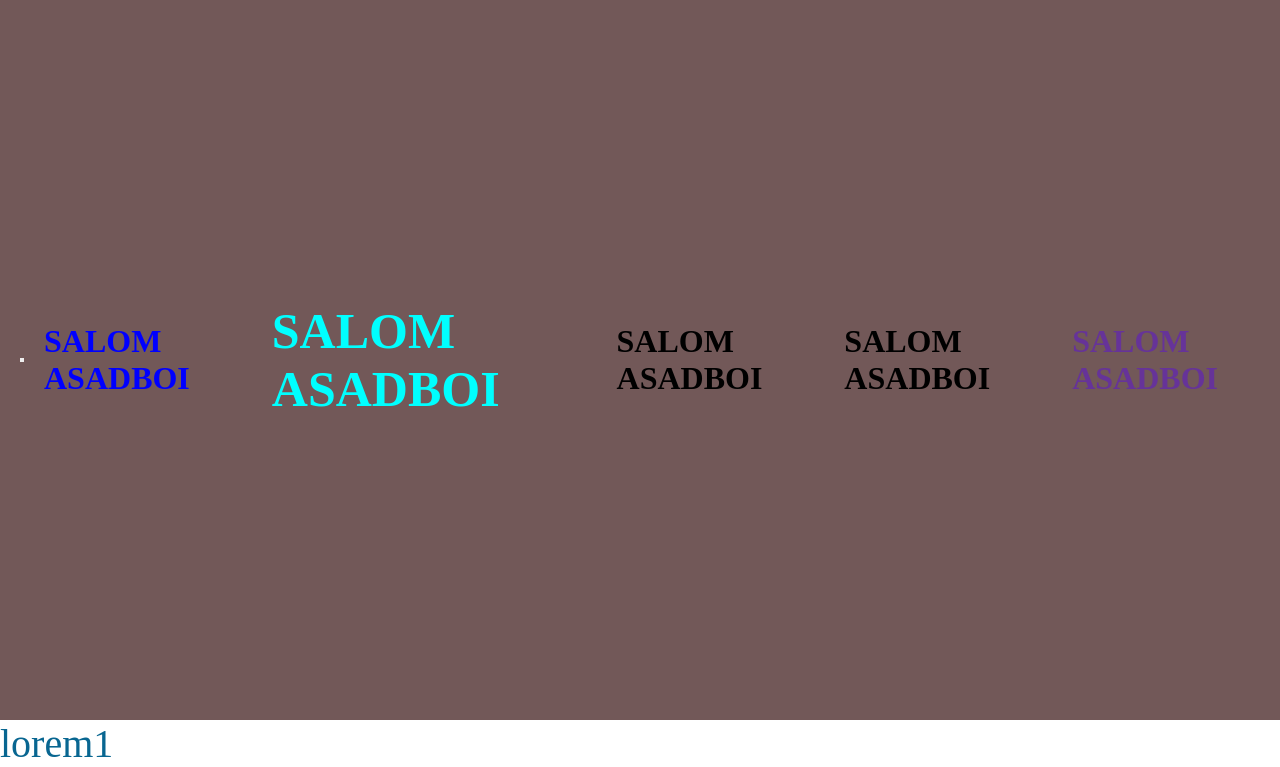
Repository: KHANas02/CACTUS
Page: index.html
These files come from the project's save history. The page is drawn as it stood at one moment and after the next save; the edit follows.
The browser window is 1280 px wide. The pictures show the whole page.

Above is the page before, as saved 2024-02-21 17:22:28.

### index.html
<!DOCTYPE html>
<html lang="en">
<head>
    <meta charset="UTF-8">
    <meta name="viewport" content="width=device-width, initial-scale=1.0">
    <title>Document</title>
    <link rel="stylesheet" href="./style.css">
</head>
<body>
    <div class="conteiner">
        <label for="check"></label>
        <button></button>
<h1>SALOM ASADBOI</h1>
<h1>SALOM ASADBOI</h1>
<h1>SALOM ASADBOI</h1>
<h1>SALOM ASADBOI</h1>
<h1>SALOM ASADBOI</h1>





    </div>
<p>lorem1</p>


</body>
</html>

### style.css
*{
padding: 0;
margin: 0;
box-sizing: boder-box;
text-decoration: none;
outline: none;
}
.conteiner{
width: 100%;
height: 100vh;
background-color: #725858;
display: flex;
align-items: center;
gap: 20px;
justify-content: center;
}
.conteiner h1:first-child{
color: rgb(207, 63, 63);
text-decoration: uppercase;

}
.conteiner h1:last-child{
color:rebeccapurple ;
text-decoration: uppercase;


}
.conteiner h1:nth-child(3){
color: blue;
text-decoration: uppercase;

}
.conteiner h1:nth-child(4){
font-size: 50px;
color: aqua;


}
p::first-line{
    color: #086691;
    font-size: 40px;
}
h1:active{
font-size: 60px;
border-bottom: 2px solid #000;
}

After the next save:
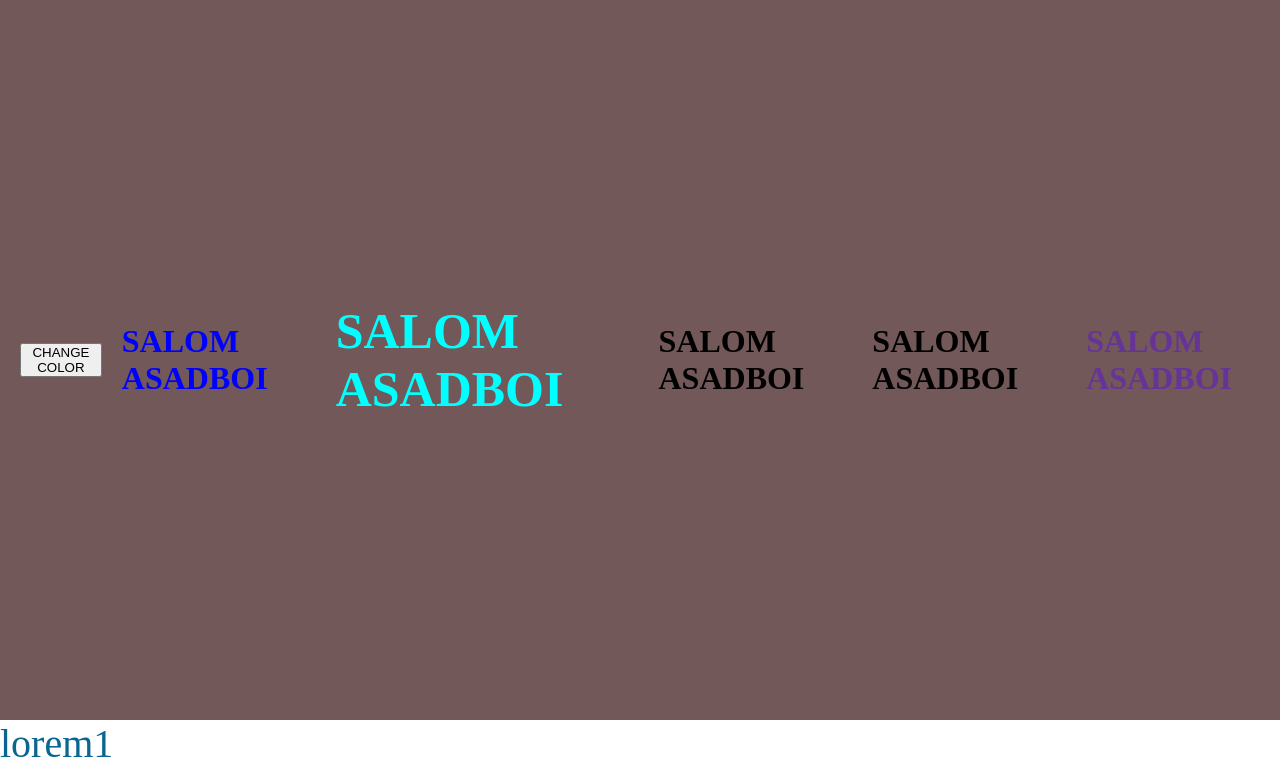
Saved 8 s later.
--- a/index.html
+++ b/index.html
@@ -9,7 +9,7 @@
 <body>
     <div class="conteiner">
         <label for="check"></label>
-        <button></button>
+        <button>CHANGE COLOR</button>
 <h1>SALOM ASADBOI</h1>
 <h1>SALOM ASADBOI</h1>
 <h1>SALOM ASADBOI</h1>

After the save that followed:
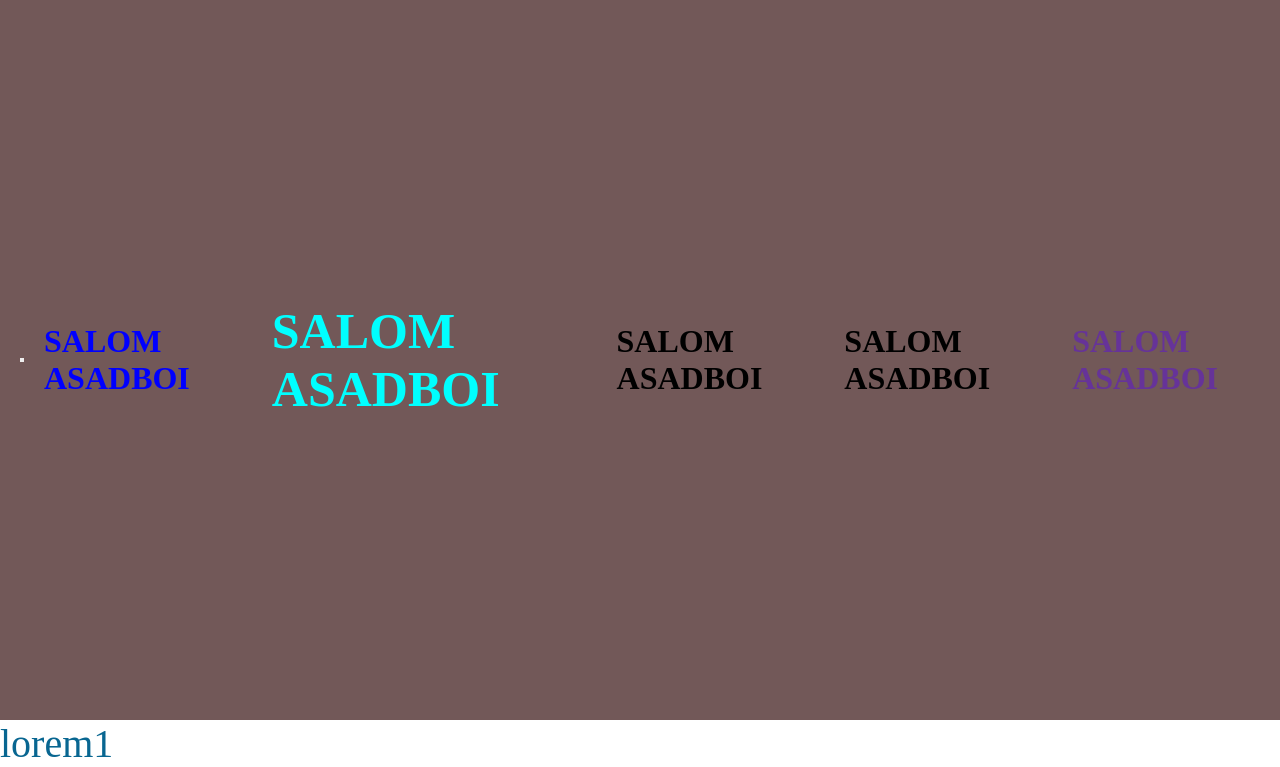
Saved 36 s later.
--- a/index.html
+++ b/index.html
@@ -9,7 +9,7 @@
 <body>
     <div class="conteiner">
         <label for="check"></label>
-        <button>CHANGE COLOR</button>
+        <button></button>
 <h1>SALOM ASADBOI</h1>
 <h1>SALOM ASADBOI</h1>
 <h1>SALOM ASADBOI</h1>
